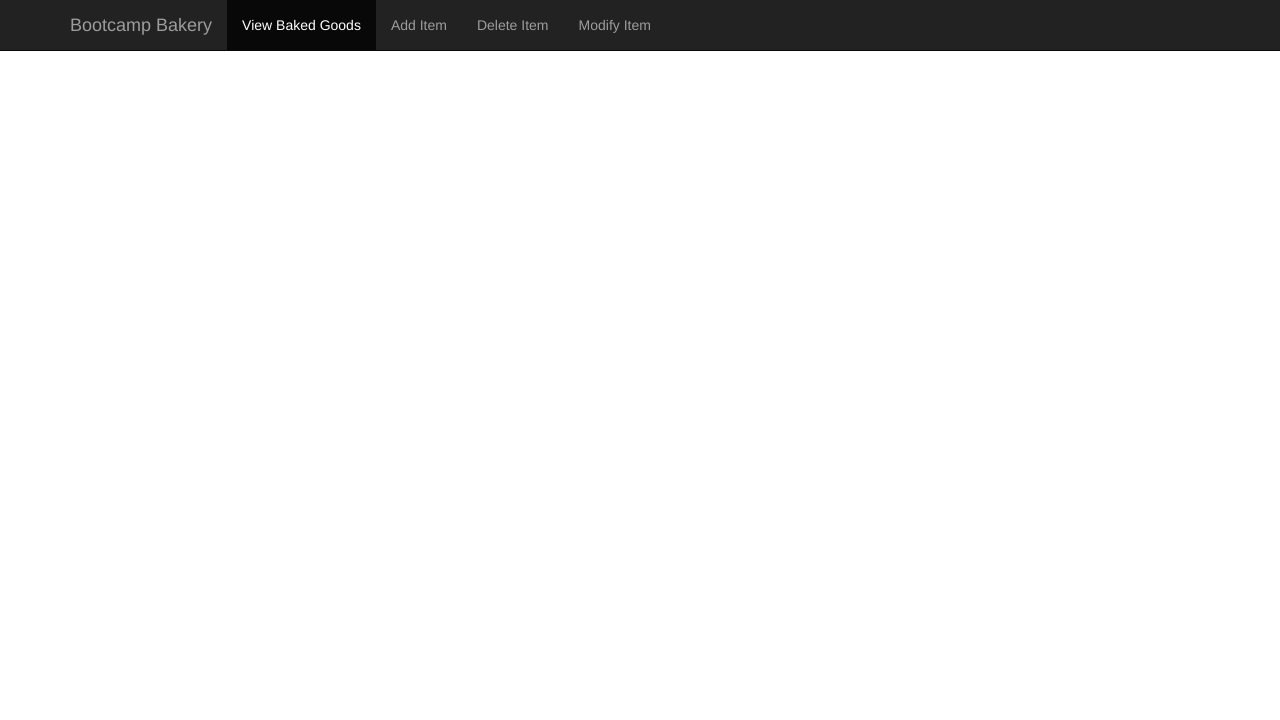
Repository: BillKratzIII/week5Project
Page: http://localhost/bakery/readDB.jsp
These files come from the project's save history. The page is drawn as it stood at one moment and after the next save; the edit follows.
The browser window is 1280 px wide. The pictures show the whole page.
The page is served by Tomcat 9.

Above is the page before, as saved 2016-09-01 18:12:42.

After the next save:
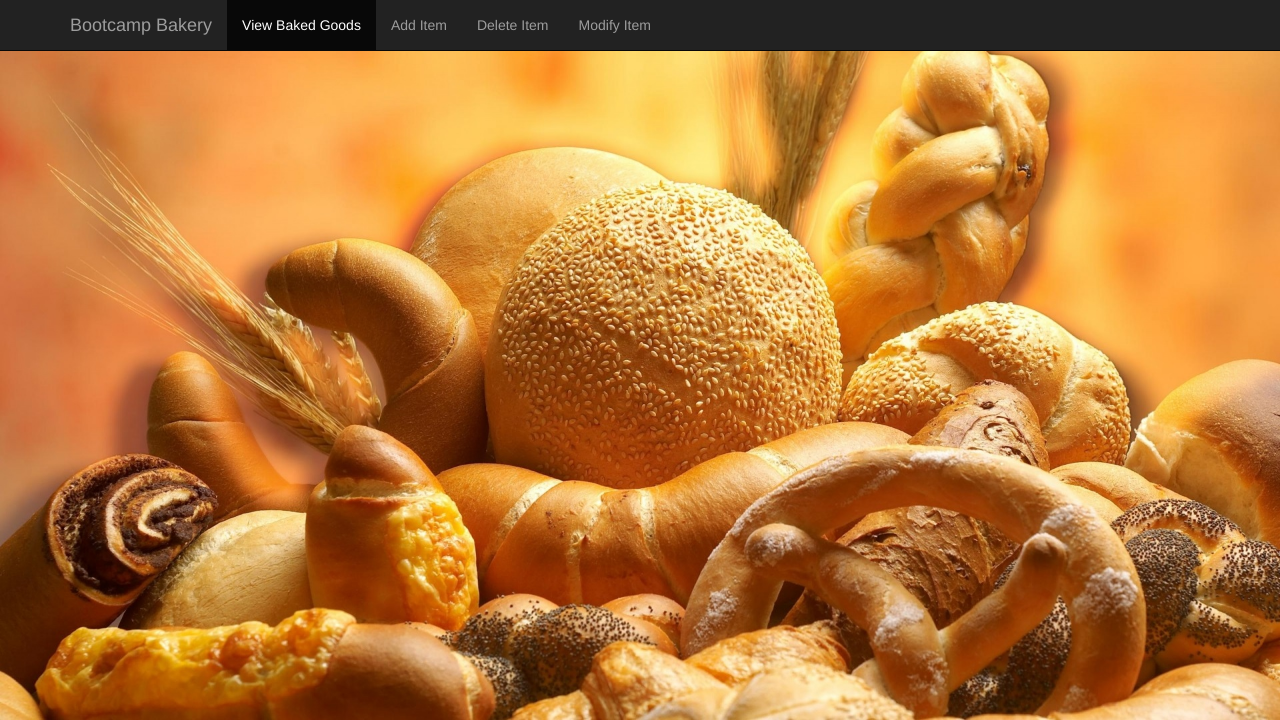
Saved 2 min 57 s later.
--- a/bakery/src/main/webapp/readDB.jsp
+++ b/bakery/src/main/webapp/readDB.jsp
@@ -1,7 +1,7 @@
 <%@ page language="java" contentType="text/html; charset=ISO-8859-1"
 	pageEncoding="ISO-8859-1"%>
 <!DOCTYPE html PUBLIC "-//W3C//DTD HTML 4.01 Transitional//EN" "http://www.w3.org/TR/html4/loose.dtd">
-<html>
+<html class="full" lang="en">
 <head>
 <meta charset="utf-8">
 <meta http-equiv="X-UA-Compatible" content="IE=edge">
